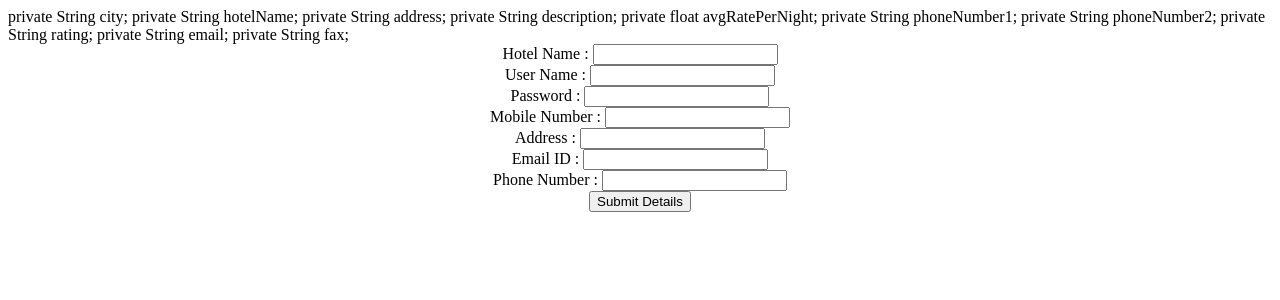
Repository: dishangjain/SpringProject
Page: http://localhost/HotelBookingManagementSystem/JSPs/AddNewHotel.jsp
These files come from the project's save history. The page is drawn as it stood at one moment and after the next save; the edit follows.
The browser window is 1280 px wide. The pictures show the whole page.
The page is served by Tomcat 9. Nobody is signed in. The application's start-up code is not run. The template is opened directly, without the code that normally fills it, so the values that code supplies are empty.

Above is the page before, as saved 2017-10-14 09:26:57.

After the next save:
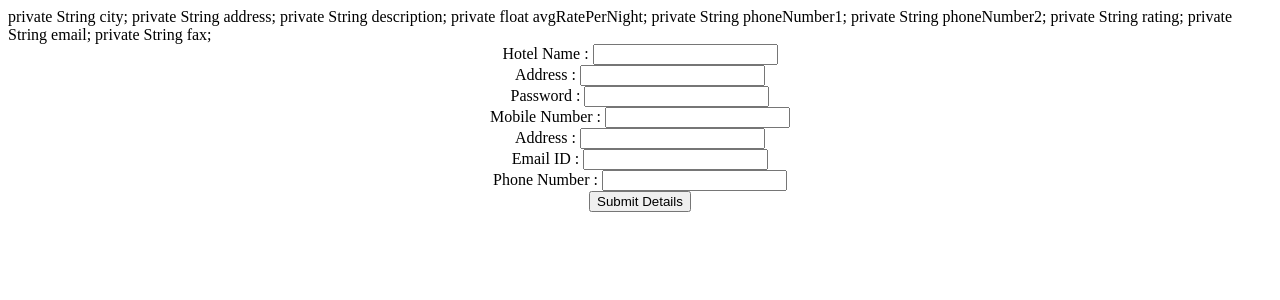
Saved 27 s later.
--- a/HotelBookingManagementSystem/WebContent/JSPs/AddNewHotel.jsp
+++ b/HotelBookingManagementSystem/WebContent/JSPs/AddNewHotel.jsp
@@ -11,7 +11,6 @@
 
 
 	private String city;
-	private String hotelName;
 	private String address;
 	private String description;
 	private float avgRatePerNight;
@@ -29,8 +28,8 @@
 	  			<label for="hotelName">Hotel Name :</label>
 		  		<form:input path="hotelName" id="hotelName" type="text"/><br/>
 
-		  		<label for="userName">User Name :</label>
-		  		<form:input path="userName" id="userName" type="text"/><br/>
+		  		<label for="address">Address :</label>
+		  		<form:input path="address" id="address" type="text"/><br/>
 
 		  		<label for="password">Password :</label>
 		  		<form:input path="password" id="password" type="password"/><br/>
